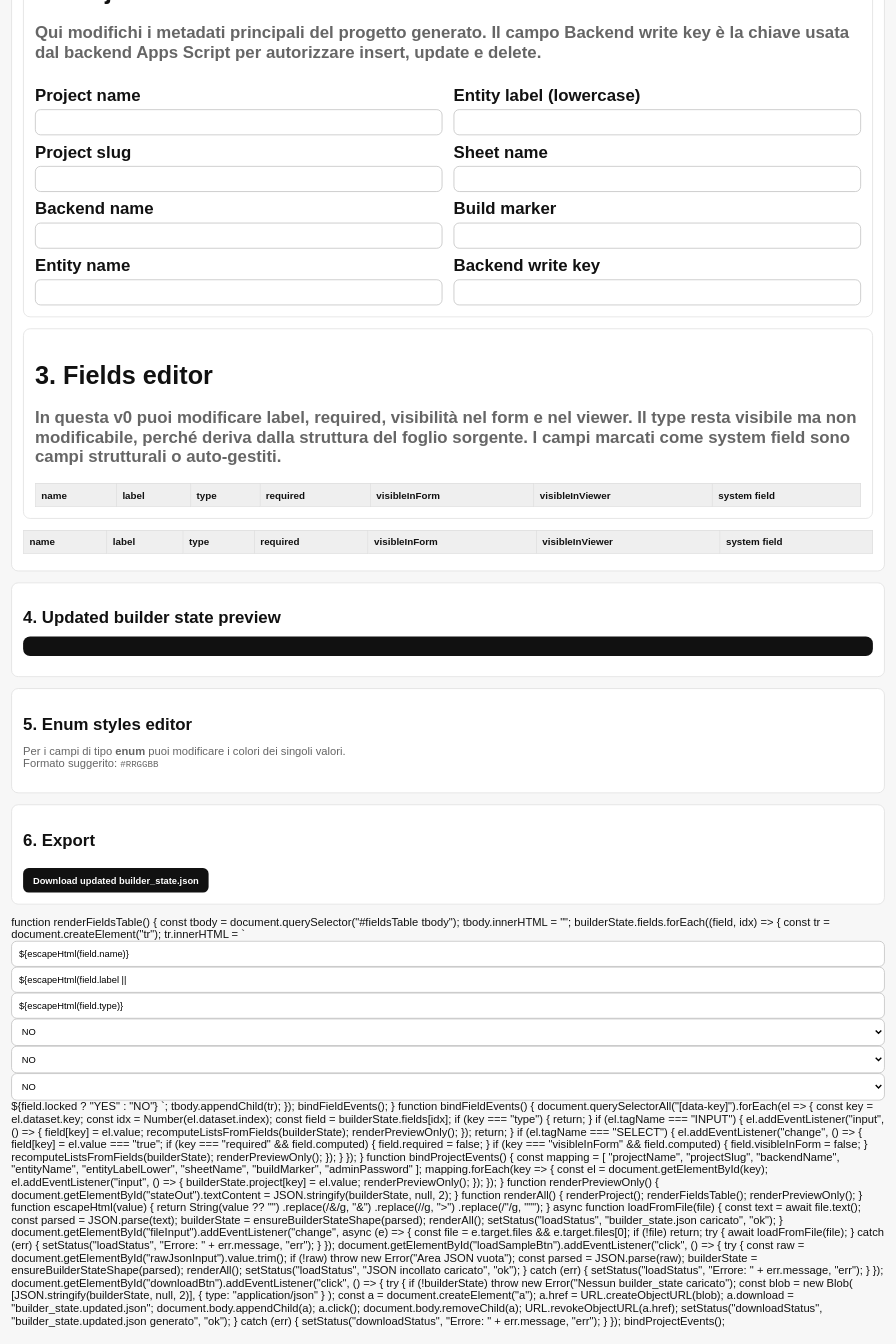
Repository: progettazionemauro/sheets.builder
Page: docs/builder.html
An editor plug-in stored every save of this project. The page is shown before and after a run of saves, followed by the edit.
The browser window is 1280 px wide. The pictures show the part of the page from y = 693 to 2613 px (the page is 2613 px tall before and 2541 px after), at 70% of full size.

Above is the page before, as saved 2026-04-14 04:56:49.

After the next 2 saves:
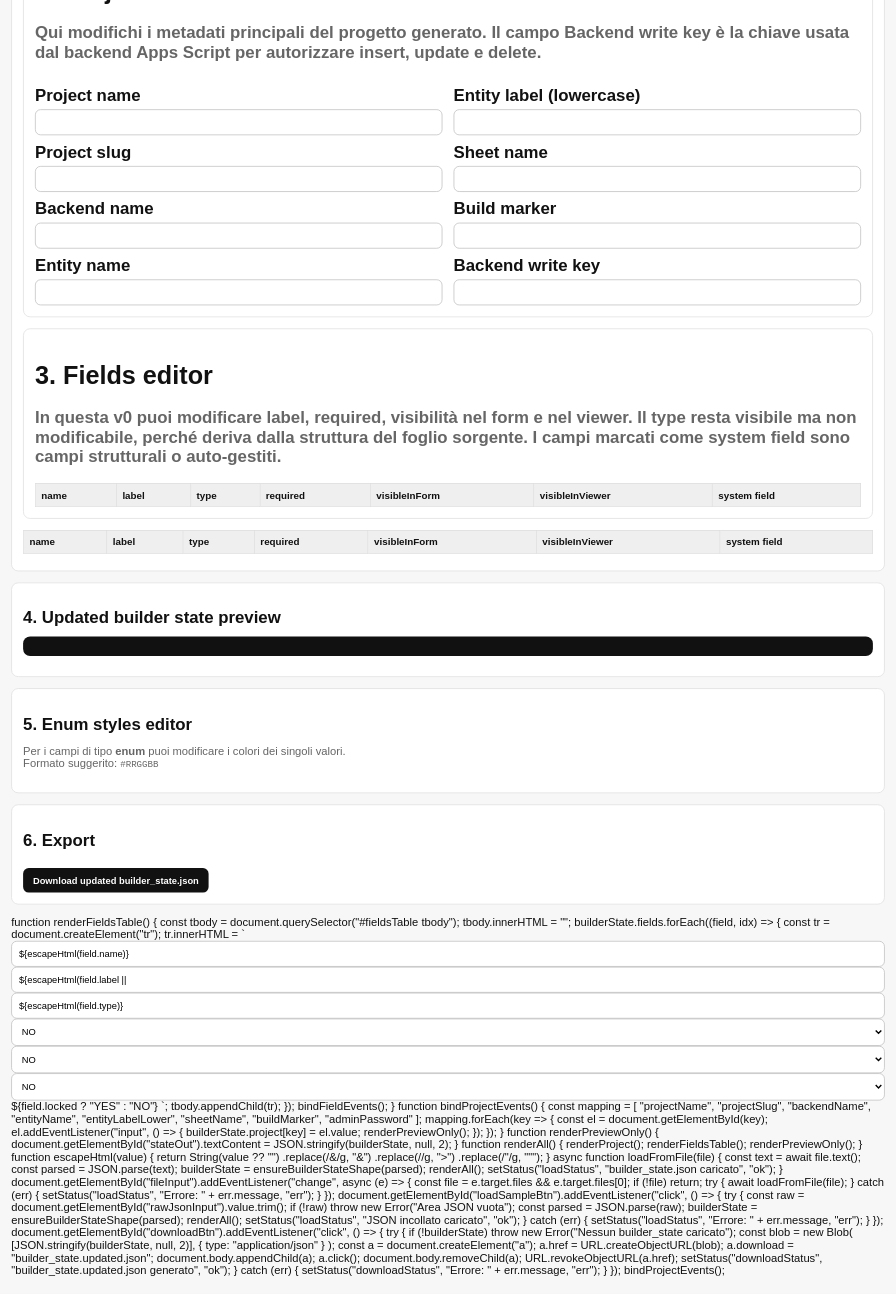
The 2 saves are shown as one change because they came seconds apart.
The last was saved 67 s later.
--- a/docs/builder.html
+++ b/docs/builder.html
@@ -740,43 +740,7 @@
   }
 
 
-    function bindFieldEvents() {
-    document.querySelectorAll("[data-key]").forEach(el => {
-      const key = el.dataset.key;
-      const idx = Number(el.dataset.index);
-      const field = builderState.fields[idx];
-
-      if (key === "type") {
-        return;
-      }
-
-      if (el.tagName === "INPUT") {
-        el.addEventListener("input", () => {
-          field[key] = el.value;
-          recomputeListsFromFields(builderState);
-          renderPreviewOnly();
-        });
-        return;
-      }
-
-      if (el.tagName === "SELECT") {
-        el.addEventListener("change", () => {
-          field[key] = el.value === "true";
-
-          if (key === "required" && field.computed) {
-            field.required = false;
-          }
-
-          if (key === "visibleInForm" && field.computed) {
-            field.visibleInForm = false;
-          }
-
-          recomputeListsFromFields(builderState);
-          renderPreviewOnly();
-        });
-      }
-    });
-  }
+
 
   function bindProjectEvents() {
     const mapping = [
